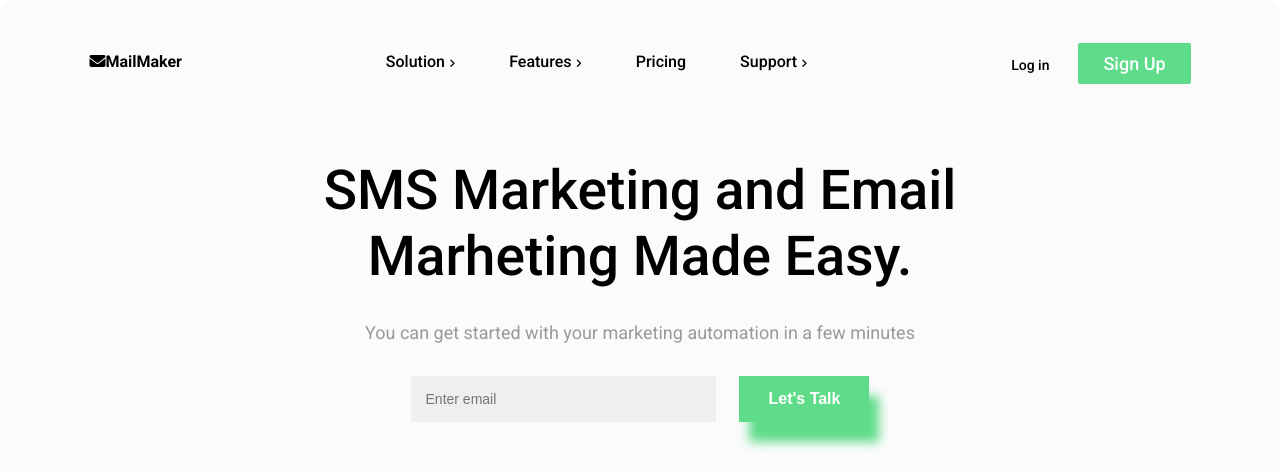
Repository: phanhuy16/Folder
Page: sign/index.html
The author's editor kept a copy of each file at every save. The page is drawn from the files as they stood at one save, then again after the next save.
The browser window is 1280 px wide. The pictures show the part of the page from y = 0 to 472 px (the page is 1936 px tall).
The pointer rests on the first visible `.button-talk`.
Pictures or frames that could not be fetched are drawn as grey boxes.

Above is the page before, as saved 2023-05-02 08:46:39.

After the next save:
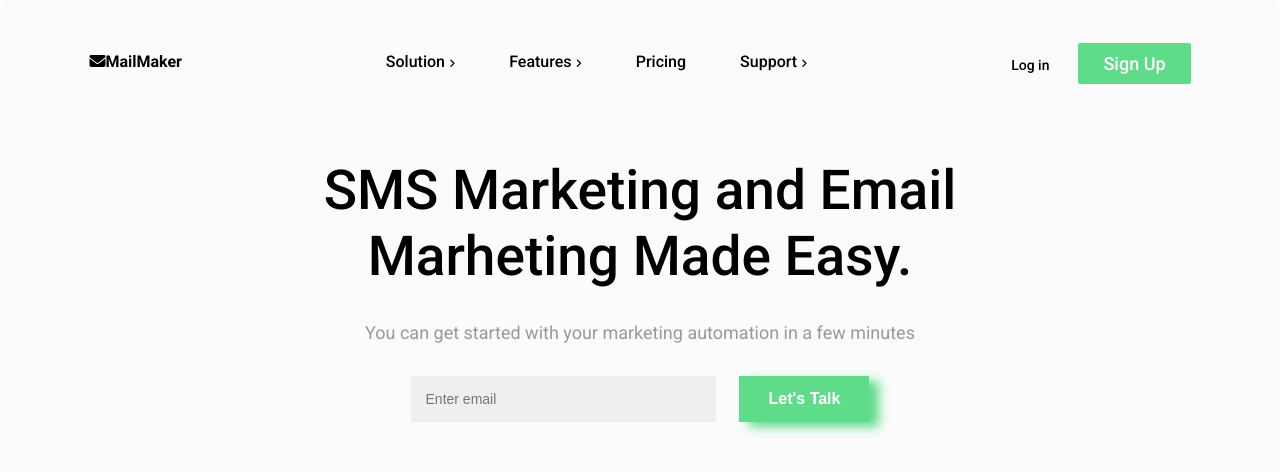
Saved 7 s later.
--- a/sign/main.css/style.css
+++ b/sign/main.css/style.css
@@ -111,7 +111,7 @@
 }
 
 .button-talk:hover {
-    box-shadow: 10px 20px 10px #5EDC8A;
+    box-shadow: 10px 5px 10px #5EDC8A;
 }
 
 .img-boy {
